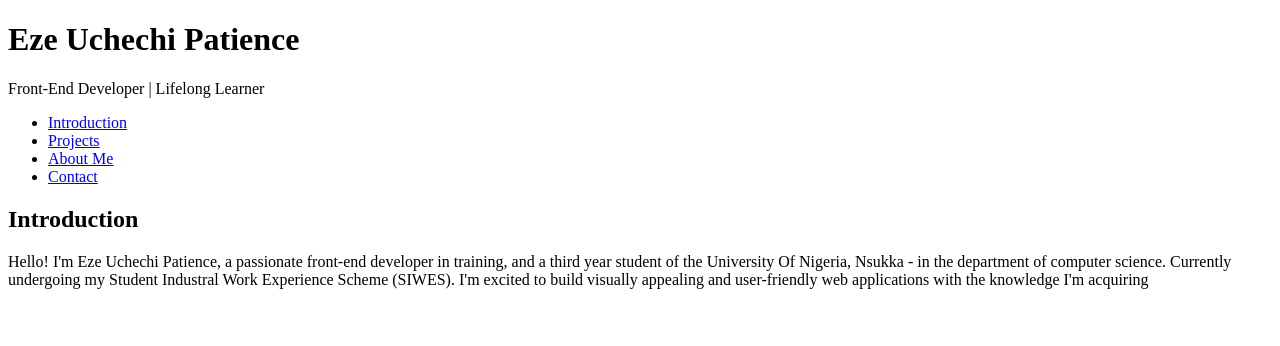
Repository: Patience225/My_First_Portfolio
Page: Portfolio/index.html
The author's editor kept a copy of each file at every save. The page is drawn from the files as they stood at one save, then again after the next save.
The browser window is 1280 px wide. The pictures show the whole page.

Above is the page before, as saved 2024-12-16 13:12:10.

### Portfolio/index.html
<!DOCTYPE html>
<html lang="en">
<head>
    <meta charset="utf-8">
    <title>Eze Uchechi Patience - Personal Portfolio</title>
</head>
<body>
    <header>
        <h1>Eze Uchechi Patience</h1>
        <p>Front-End Developer | Lifelong Learner</p>
    </header>
    <nav>
      <ul>
        <li><a href="#introduction">Introduction</a></li>
        <li><a href="#projects">Projects</a></li>
        <li><a href="#about">About Me</a></li>
        <li><a href="#contact">Contact</a></li>
    </ul>
    </nav>
    <section id="introduction">
      <h2>Introduction</h2>
    <p>Hello! I'm Eze Uchechi Patience, a passionate front-end developer in training, and a third year student of the University Of Nigeria, Nsukka - in the department of computer science. Currently undergoing my Student Industral Work Experience Scheme (SIWES). I'm excited to build visually appealing and user-friendly web applications with the knowledge I'm acquiring </p>
    </section>
    <section id="projects"></section>
    <section id="about"></section>
    <section id="contact"></section>
    <footer>

    </footer>
</body>
</html>

After the next save:
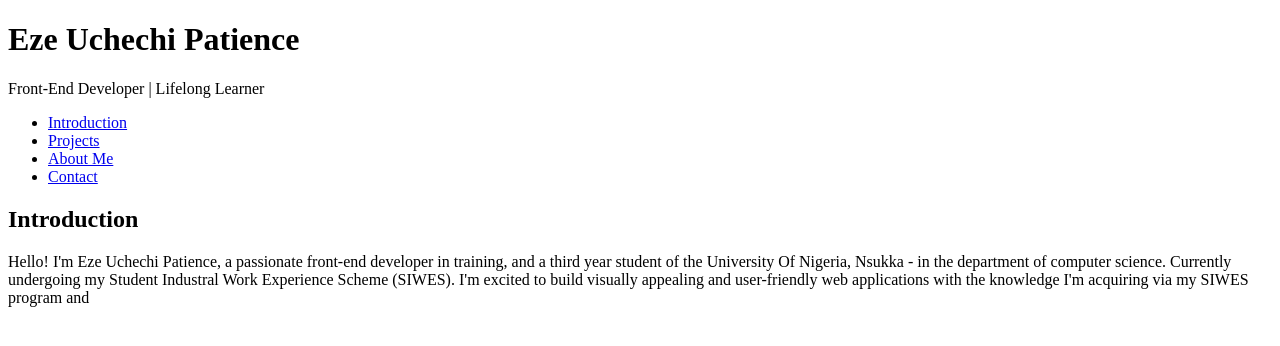
Saved 12 s later.
--- a/Portfolio/index.html
+++ b/Portfolio/index.html
@@ -19,7 +19,7 @@
     </nav>
     <section id="introduction">
       <h2>Introduction</h2>
-    <p>Hello! I'm Eze Uchechi Patience, a passionate front-end developer in training, and a third year student of the University Of Nigeria, Nsukka - in the department of computer science. Currently undergoing my Student Industral Work Experience Scheme (SIWES). I'm excited to build visually appealing and user-friendly web applications with the knowledge I'm acquiring </p>
+    <p>Hello! I'm Eze Uchechi Patience, a passionate front-end developer in training, and a third year student of the University Of Nigeria, Nsukka - in the department of computer science. Currently undergoing my Student Industral Work Experience Scheme (SIWES). I'm excited to build visually appealing and user-friendly web applications with the knowledge I'm acquiring via my SIWES program and </p>
     </section>
     <section id="projects"></section>
     <section id="about"></section>
